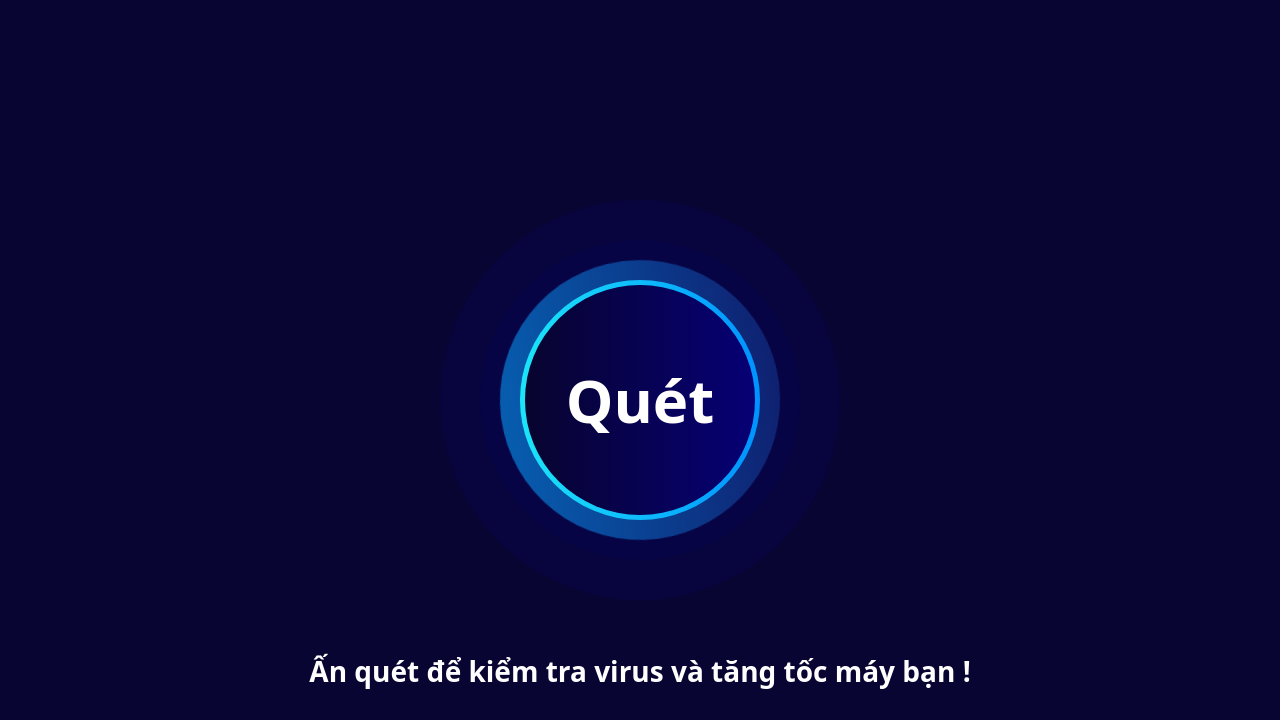
Repository: Kiendz3202/anti-virus-landingpage-mobile
Page: /
These files come from the project's save history. The page is drawn as it stood at one moment and after the next save; the edit follows.
The browser window is 1280 px wide. The pictures show the whole page.
The project was rebuilt for these pictures with package versions that can differ from the ones it lists, and the page was loaded fresh each time. The framework's server and built-in components were replaced by stand-ins that run in the browser. Also part of the build but not shown: next.config.js, components/ScanResult.js, components/ScanShield.js.

Above is the page before, as saved 2023-01-08 19:59:30.

### pages/index.js
import HomeView from '../views';

export default function Home() {
	return <HomeView />;
}

### styles/globals.css
@tailwind base;
@tailwind components;
@tailwind utilities;

@layer base {
	html {
		/* font-size: calc(15px + 0.390625vw); //15px */
		font-size: 10px;
	}

	* {
		box-sizing: border-box;
	}

	@media (max-width: 640px) {
		html {
			font-size: 7px;
		}
	}

	@media (min-width: 640px) {
		html {
			font-size: 7px;
		}
	}

	@media (min-width: 768px) {
		html {
			font-size: 8px;
		}
	}

	@media (min-width: 1024px) {
		html {
			font-size: 9px;
		}
	}

	@media (min-width: 1280px) {
		html {
			font-size: 10px;
		}
	}
}

### views/index.js
import React, { useEffect, useState } from 'react';
import ScanResult from '../components/ScanResult';
import ScanShield from '../components/ScanShield';
import { delay } from '../utils/delay';

function HomeView() {
	// const [isCheckingInitial, setIsCheckingInitial] = useState(true);
	const [loadingScan, setLoadingScan] = useState(false);
	const [showResult, setShowResult] = useState(false);
	// useEffect(() => {
	// 	const intervalID = setTimeout(() => {
	// 		setIsCheckingInitial((toggle) => !toggle);
	// 	}, 2000);

	// 	return () => clearInterval(intervalID);
	// }, []);

	const scanHandle = async () => {
		if (!showResult) {
			// setIsCheckingInitial(false);
			setLoadingScan(true);
			// await delay(4000);
			setLoadingScan(false);
			setShowResult(true);
		}
	};
	return (
		<div className="h-screen bg-[#080533]">
			<div
				className={` w-full   transition-all ease-in-out duration-[1500ms]  ${
					showResult ? ' h-[0px]' : 'h-screen pt-[20rem]'
				}`}
			>
				<div
					className={`bg-[#08043D] h-[40rem] w-[40rem] mx-auto rounded-full flex items-center justify-center ${
						showResult ? 'hidden' : ''
					}`}
				>
					<div className=" bg-[#070446] h-[32rem] w-[32rem] rounded-full flex items-center justify-center relative">
						<div className="bg-gradient-to-r from-[#0F2171] to-[#075DAF] h-[28rem] w-[28rem] rounded-full flex items-center justify-center animate-spin"></div>
						<div
							onClick={scanHandle}
							className=" bg-gradient-to-r from-[#1CE5F8] to-[#0092FF] h-[24rem] w-[24rem] rounded-full flex items-center justify-center absolute top-[4rem]"
						>
							<div className=" bg-gradient-to-r from-[#08042E] to-[#060075] h-[23rem] w-[23rem] rounded-full flex items-center justify-center ">
								<span className="text-white text-[6rem] font-semibold">
									Quét
								</span>
							</div>
						</div>
					</div>
				</div>
				<div className="text-white text-center mt-[5rem] text-[2.8rem] font-semibold">
					Ấn quét để kiểm tra virus và tăng tốc máy bạn !
				</div>
			</div>
			{showResult ? (
				<div className="text-white pt-[5rem]">
					<ScanShield showResult={showResult} />
					<ScanResult />
				</div>
			) : (
				''
			)}
		</div>
	);
}

export default HomeView;

### utils/delay.js
export const delay = (m) => new Promise((r) => setTimeout(r, m));

### tailwind.config.js
/** @type {import('tailwindcss').Config} */
module.exports = {
	content: [
		'./pages/**/*.{js,ts,jsx,tsx}',
		'./components/**/*.{js,ts,jsx,tsx}',
		'./views/**/*.{js,ts,jsx,tsx}',
	],
	theme: {
		extend: {},
	},
	plugins: [],
};

Loaded but not shown: pages/_app.js (common file); pages/_document.js (common file)

After the next save:
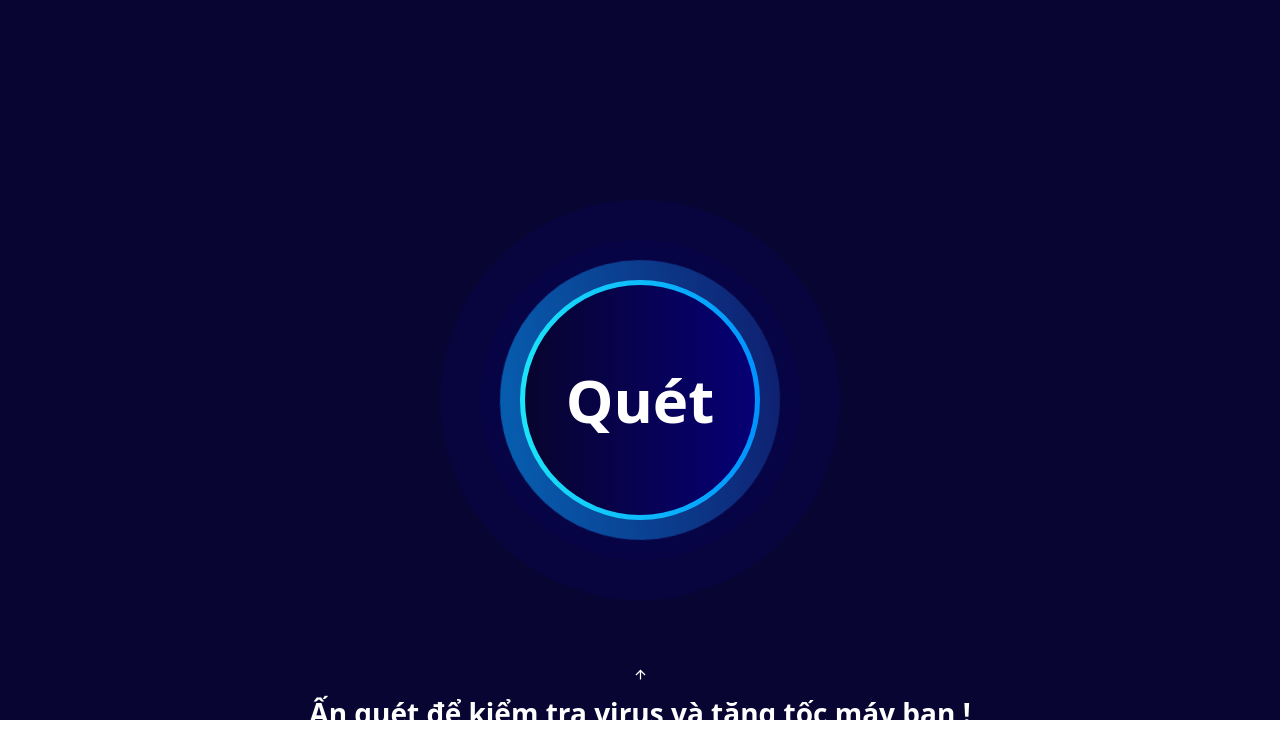
Saved 2 min 21 s later.
--- a/views/index.js
+++ b/views/index.js
@@ -2,6 +2,7 @@
 import ScanResult from '../components/ScanResult';
 import ScanShield from '../components/ScanShield';
 import { delay } from '../utils/delay';
+import ArrowUpwardIcon from '@mui/icons-material/ArrowUpward';
 
 function HomeView() {
 	// const [isCheckingInitial, setIsCheckingInitial] = useState(true);
@@ -51,7 +52,10 @@
 					</div>
 				</div>
 				<div className="text-white text-center mt-[5rem] text-[2.8rem] font-semibold">
-					Ấn quét để kiểm tra virus và tăng tốc máy bạn !
+					<div>
+						<ArrowUpwardIcon />
+					</div>
+					<div>Ấn quét để kiểm tra virus và tăng tốc máy bạn !</div>
 				</div>
 			</div>
 			{showResult ? (
